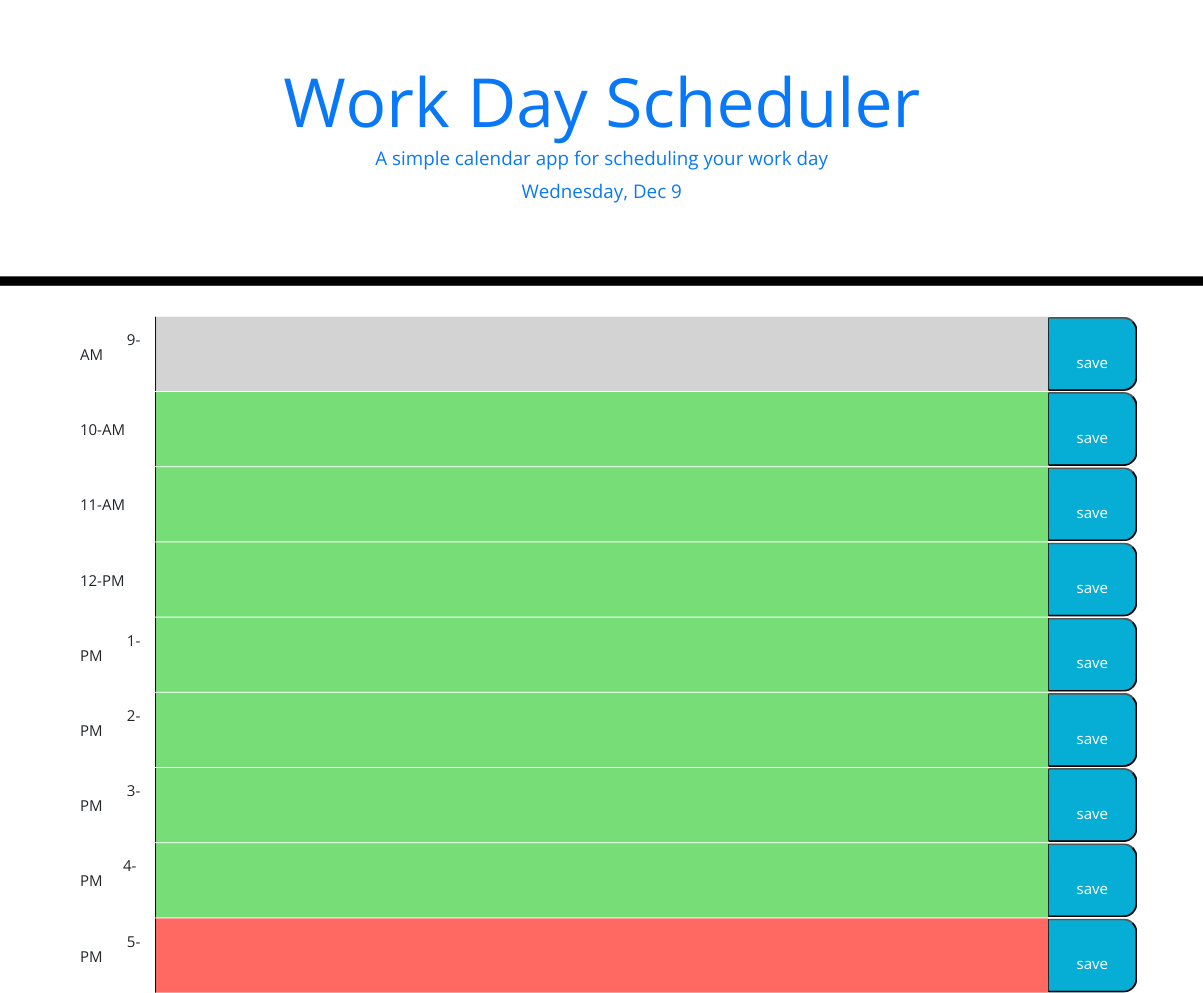
Repository: Mf948/DailyPlannerJS
Page: Develop/index.html
The author's editor kept a copy of each file at every save. The page is drawn from the files as they stood at one save, then again after the next save.
The browser window is 1280 px wide. The pictures show the whole page, at 94% of full size.
Some web libraries are served in a nearby version.

Above is the page before, as saved 2020-12-10 08:31:03.

After the next save:
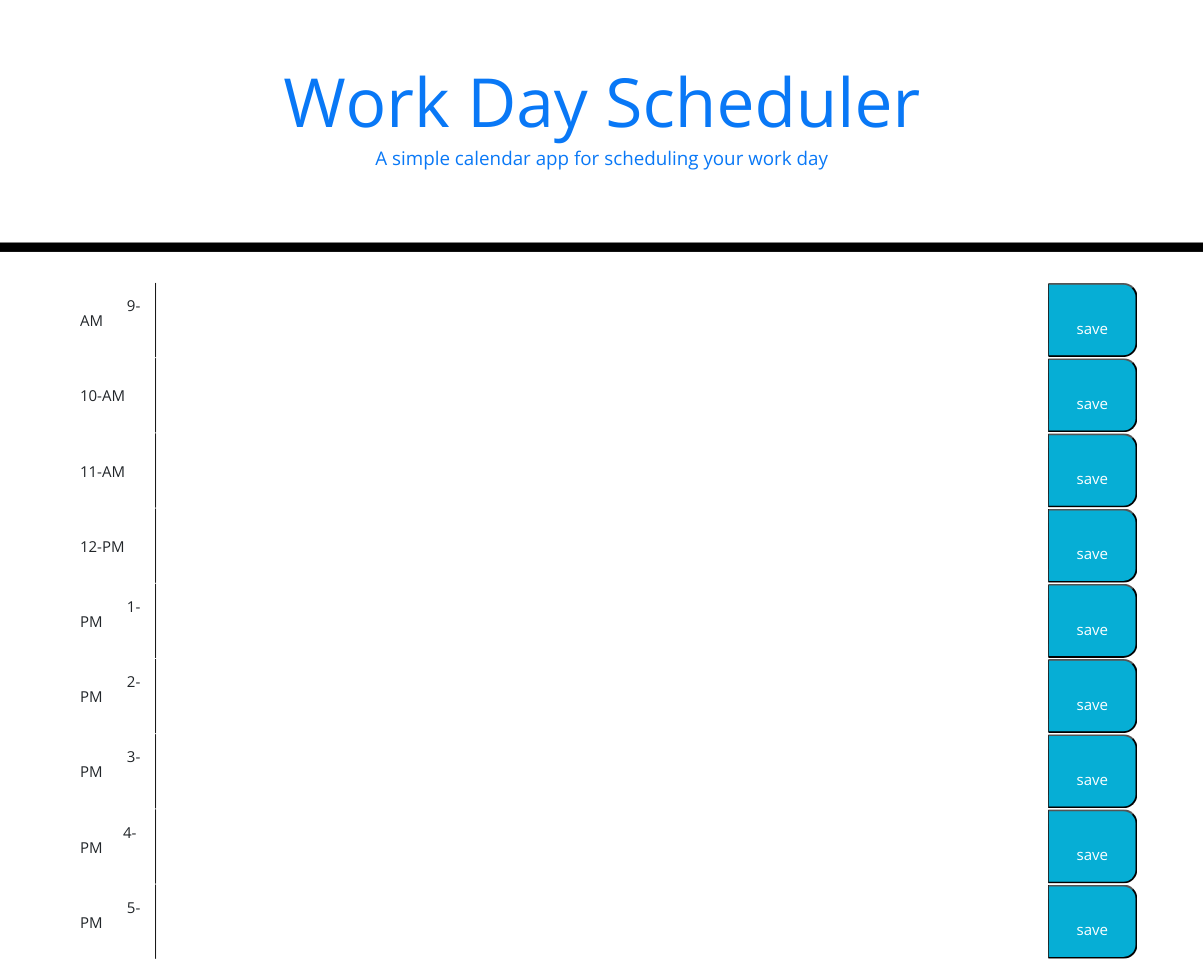
Console error: SyntaxError: missing ) after argument list
Saved 5 s later.
--- a/Develop/script.js
+++ b/Develop/script.js
@@ -28,5 +28,5 @@
     time();
 
     //local storage list to button event - save to text area value along with the id into local storage
- console.log(localStorage)
+ console.log(''localStorage)
  })

After the 2 saves that followed:
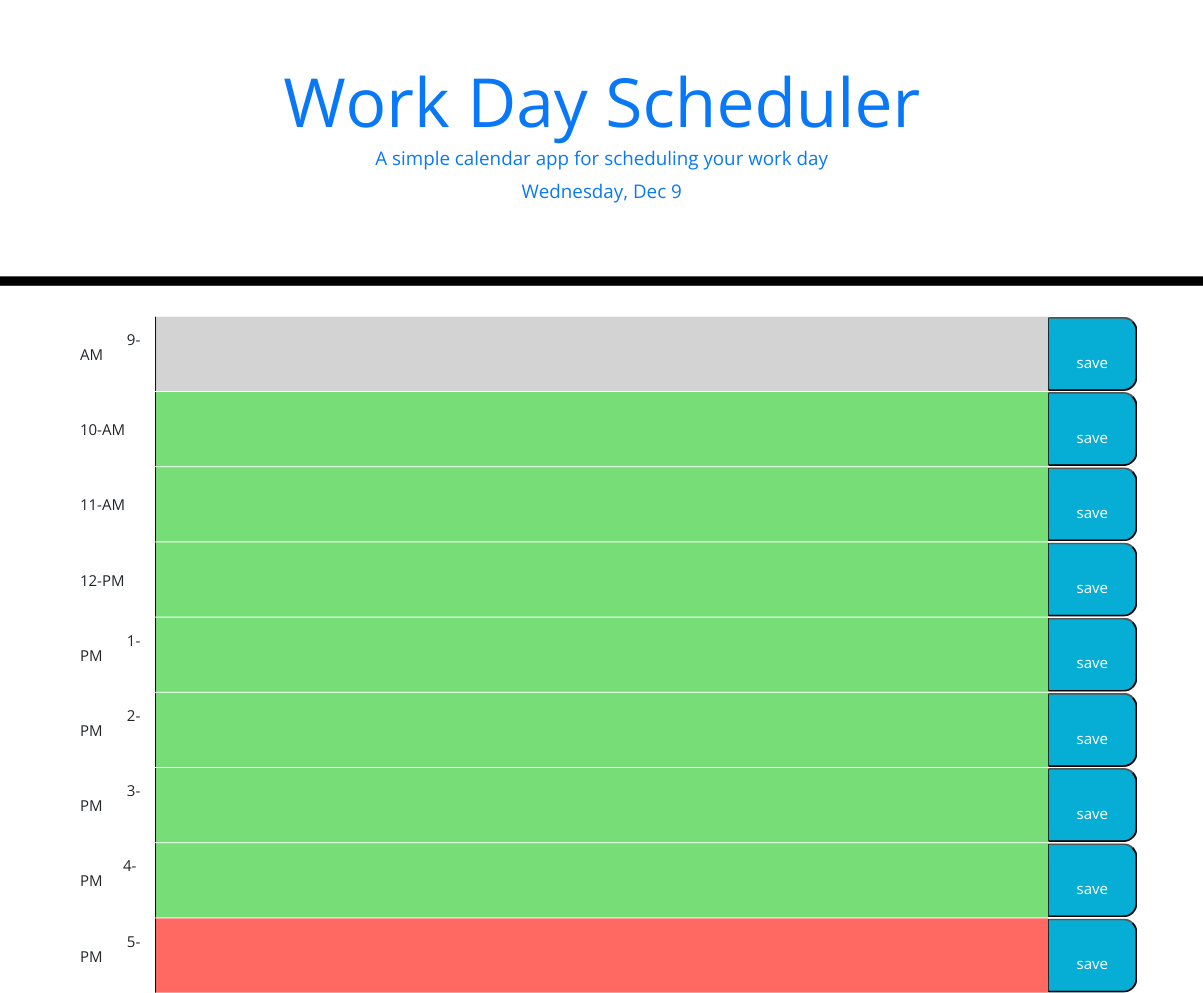
The error is gone.
The 2 saves are shown as one change because they came seconds apart.
The last was saved 8 s later.
--- a/Develop/script.js
+++ b/Develop/script.js
@@ -28,5 +28,5 @@
     time();
 
     //local storage list to button event - save to text area value along with the id into local storage
- console.log(''localStorage)
+ console.log('local storage',localStorage)
  })
